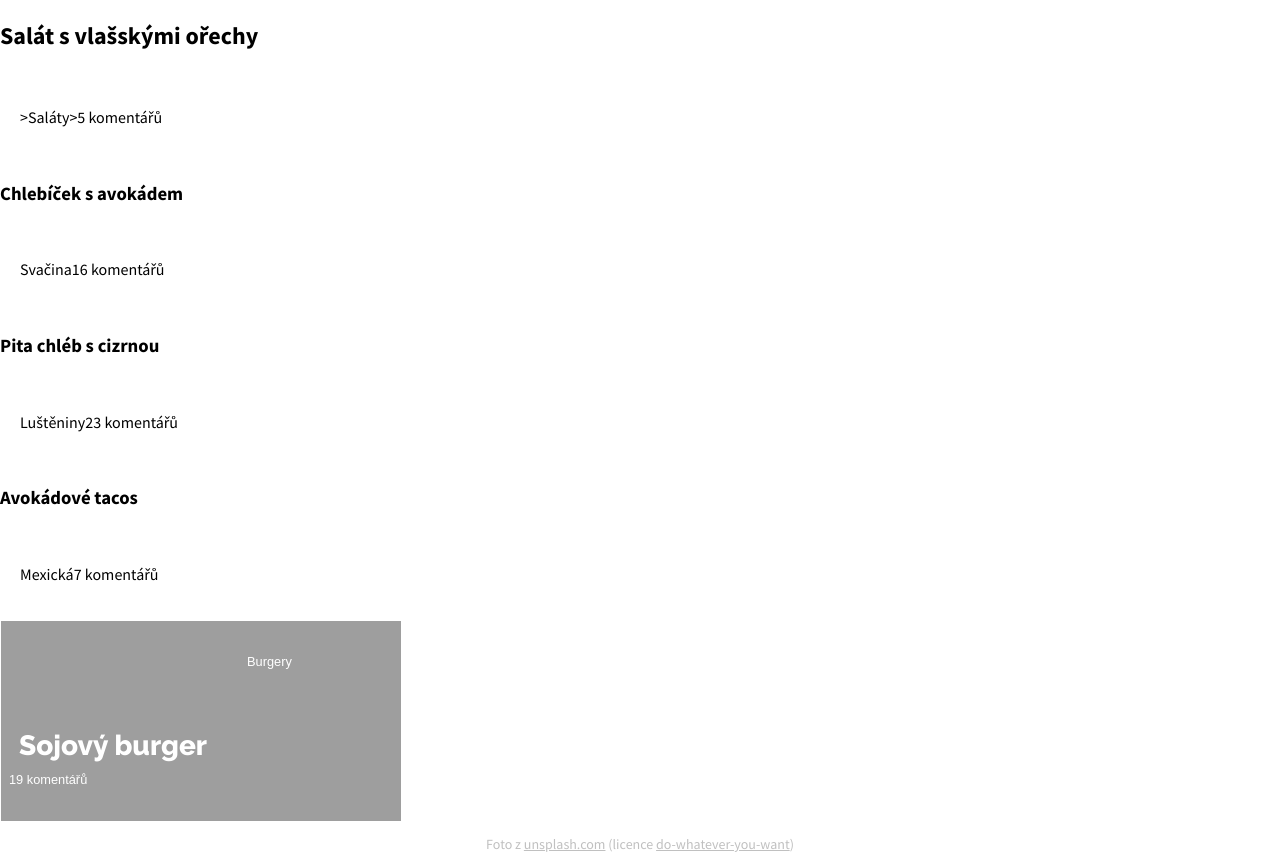
Repository: Angelina555555/projekt-04-recepty
Page: vege/index.html
These files come from the project's save history. The page is drawn as it stood at one moment and after the next save; the edit follows.
The browser window is 1280 px wide. The pictures show the whole page.
Pictures or frames that could not be fetched are drawn as grey boxes.

Above is the page before, as saved 2021-11-17 14:53:33.

After the next save:
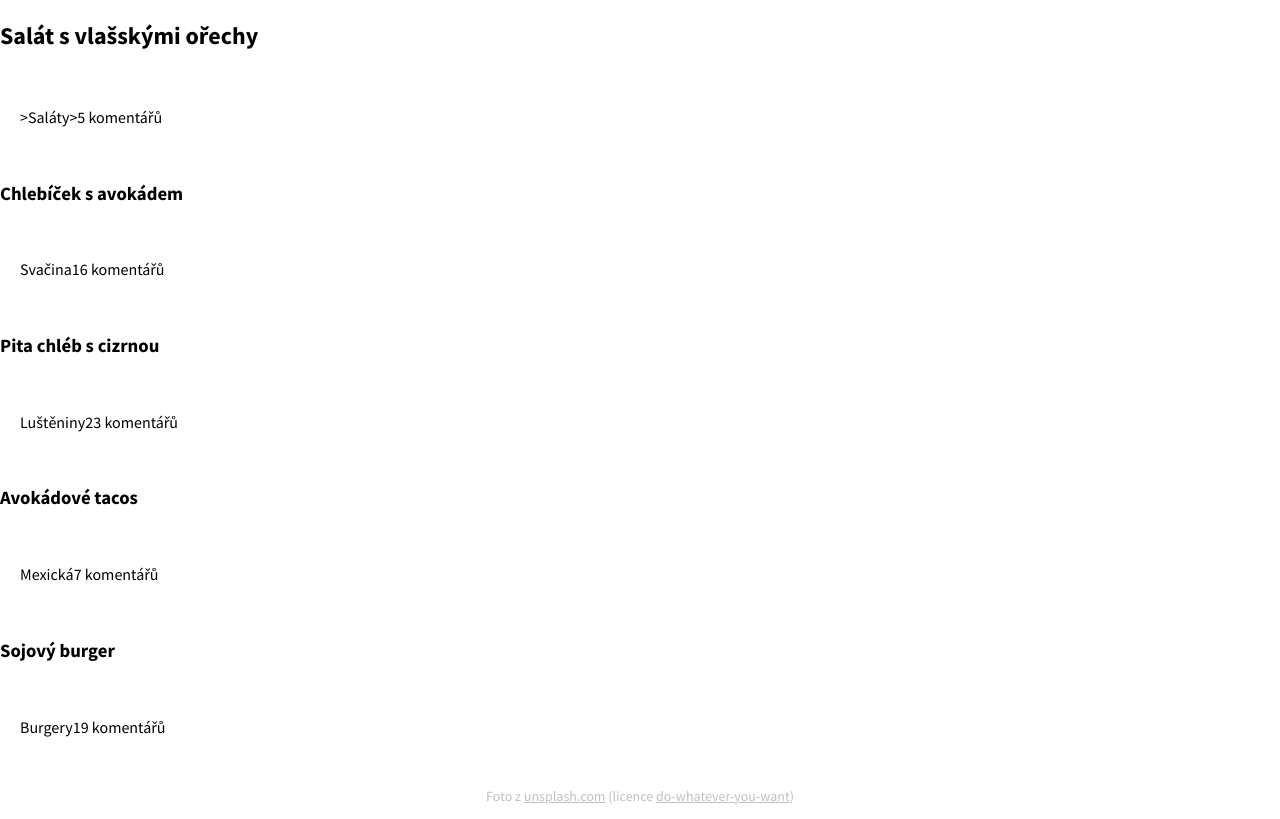
Saved 2 min 31 s later.
--- a/vege/index.html
+++ b/vege/index.html
@@ -51,12 +51,13 @@
         </div>
 
         <!-- maly recept 5 -->
-        <article class="burger">
-          <div class="nazev">Sojový burger</div>
-          <div class="popis">Burgery</div>
-          <div class="komentare">19 komentářů</div>
-        </article>
-      </div>
+        <div class="recept maly ctvrty">
+          <h3>Sojový burger</h3>
+          <div class="kontejner">
+            <p>Burgery</p>
+          <p>19 komentářů</p>
+          </div>
+        </div>
     </div>
     <footer class="paticka">
       <p>
